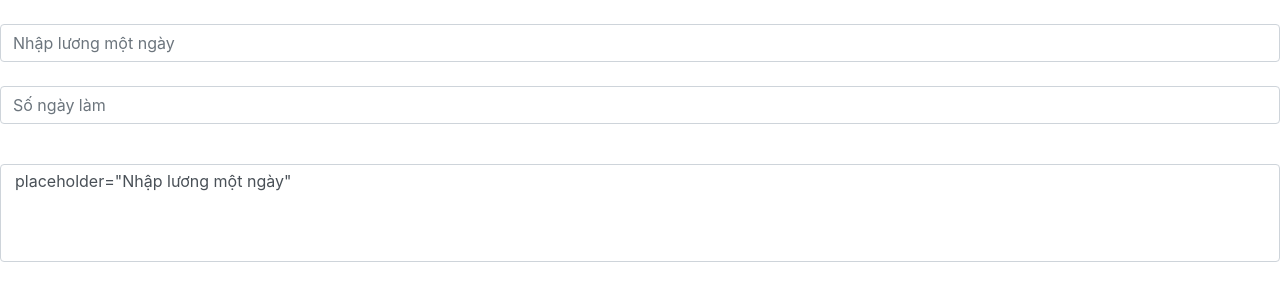
Repository: thanhfrankie/BC10-LeMinhThanh-Js-b2-3
Page: index.html
An editor plug-in stored every save of this project. The page is shown before and after a run of saves, followed by the edit.
The browser window is 1280 px wide. The pictures show the whole page.

Above is the page before, as saved 2023-12-15 10:00:25.

After the next 2 saves:
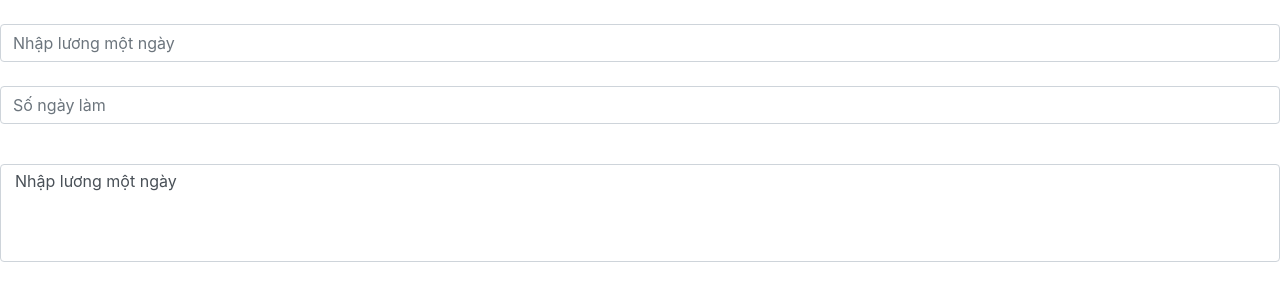
The 2 saves are shown as one change because they came seconds apart.
The last was saved 5 s later.
--- a/index.html
+++ b/index.html
@@ -22,7 +22,7 @@
 <div class="form-group">
   <label for=""></label>
   <select multiple class="form-control" name="" id="" >
-    <option>placeholder="Nhập lương một ngày"</option>
+    <option>Nhập lương một ngày</option>
     <option></option>
     <option></option>
   </select>
